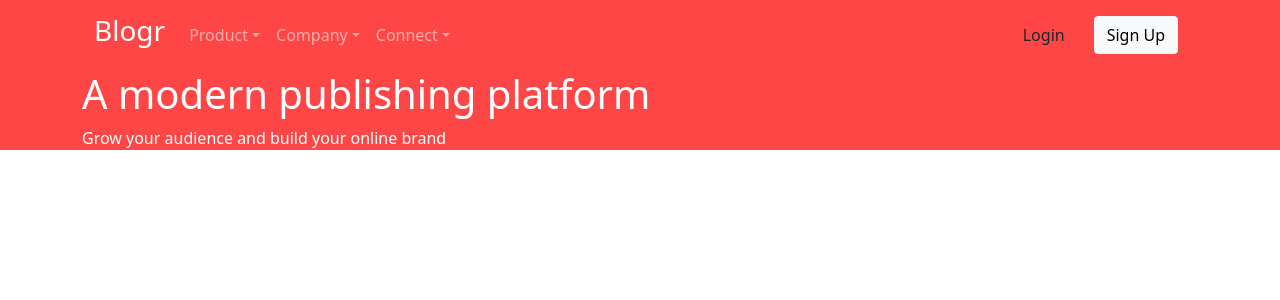
Repository: badhon252/blogr-landing-page
Page: /
The author's editor kept a copy of each file at every save. The page is drawn from the files as they stood at one save, then again after the next save.
The browser window is 1280 px wide. The pictures show the whole page.
The project was rebuilt for these pictures with package versions that can differ from the ones it lists, and the page was loaded fresh each time.

Above is the page before, as saved 2022-01-17 23:04:30.

After the next save:
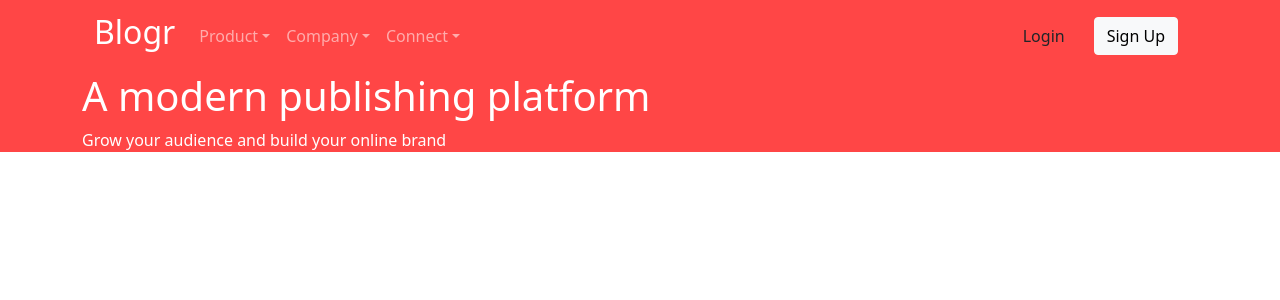
Saved 9 s later.
--- a/src/components/Header/Nav.js
+++ b/src/components/Header/Nav.js
@@ -6,7 +6,7 @@ const Nav = () => {
       <nav className="navbar navbar-expand-lg navbar-dark">
         <div className="container-fluid">
           <a className="navbar-brand" href="/">
-            <h3>Blogr</h3>
+            <h2>Blogr</h2>
           </a>
           <button
             className="navbar-toggler"
